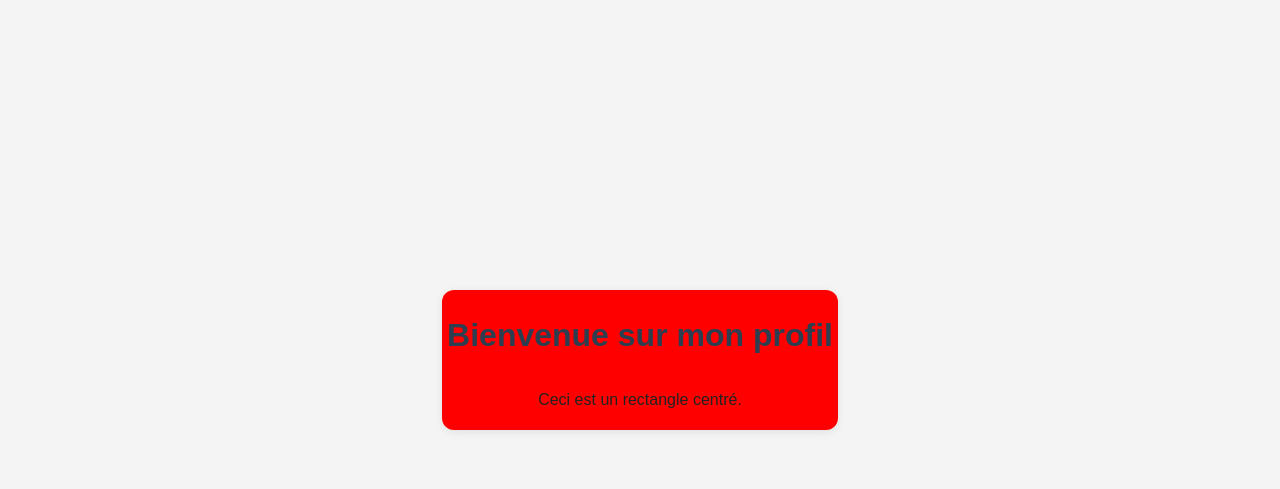
Repository: quadrinex/profile
Page: index.html
These files come from the project's save history. The page is drawn as it stood at one moment and after the next save; the edit follows.
The browser window is 1280 px wide. The pictures show the whole page.

Above is the page before, as saved 2025-06-30 16:18:41.

### index.html
<!DOCTYPE html>
<html lang="fr">
<head>
    <meta charset="UTF-8">
    <meta name="viewport" content="width=device-width, initial-scale=1.0">
    <title>Mon Profil</title>
    <link rel="stylesheet" href="main.css">
</head>
<body>
    <!-- ...votre contenu ici... -->
    <div class="container">
        <h1>Bienvenue sur mon profil</h1>
        <p>Ceci est un rectangle centré.</p>
    </div>
</body>
</html>

### main.css
body {
    font-family: Arial, sans-serif;
    background: #f4f4f4;
    margin: 0;
    padding: 0;
    color: #222;
}

h1, h2, h3 {
    color: #2c3e50;
}

a {
    color: #3498db;
    text-decoration: none;
}

a:hover {
    text-decoration: underline;
}

.container {
    max-width: fit-content;
    max-height: fit-content;
    margin: auto;
    background: #ff0000;
    border-radius: 12px;
    box-shadow: 0 2px 8px rgba(0,0,0,0.08);
    display: flex;
    justify-content: center;
    align-items: center;
    position: fixed;
    inset: 0px;
    margin: auto;
    flex-direction: column;
    padding: 5px;

}

After the next save:
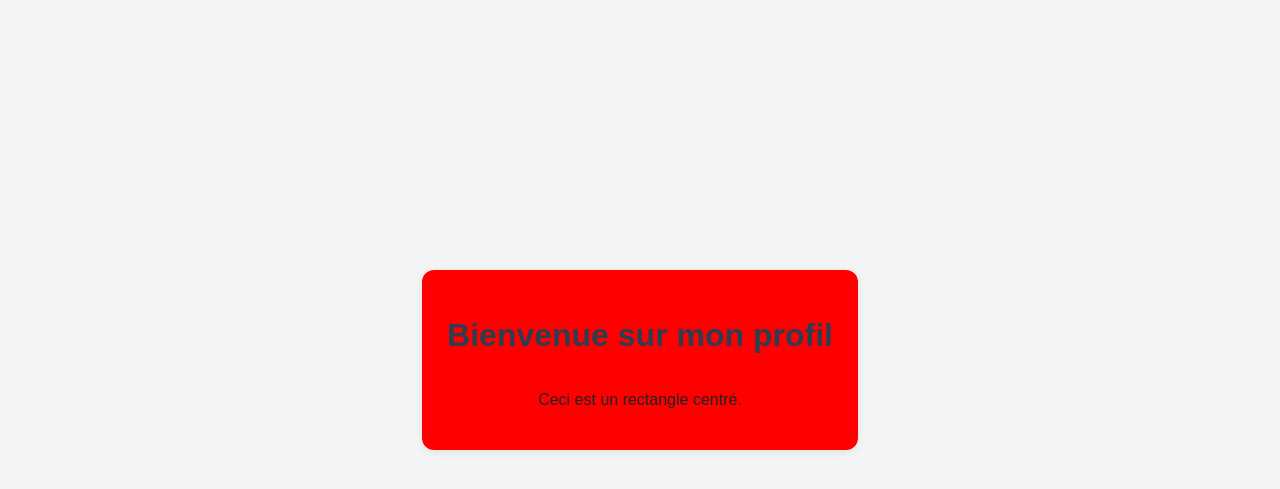
Saved 26 s later.
--- a/main.css
+++ b/main.css
@@ -33,6 +33,6 @@
     inset: 0px;
     margin: auto;
     flex-direction: column;
-    padding: 5px;
+    padding: 25px;
 
 }
